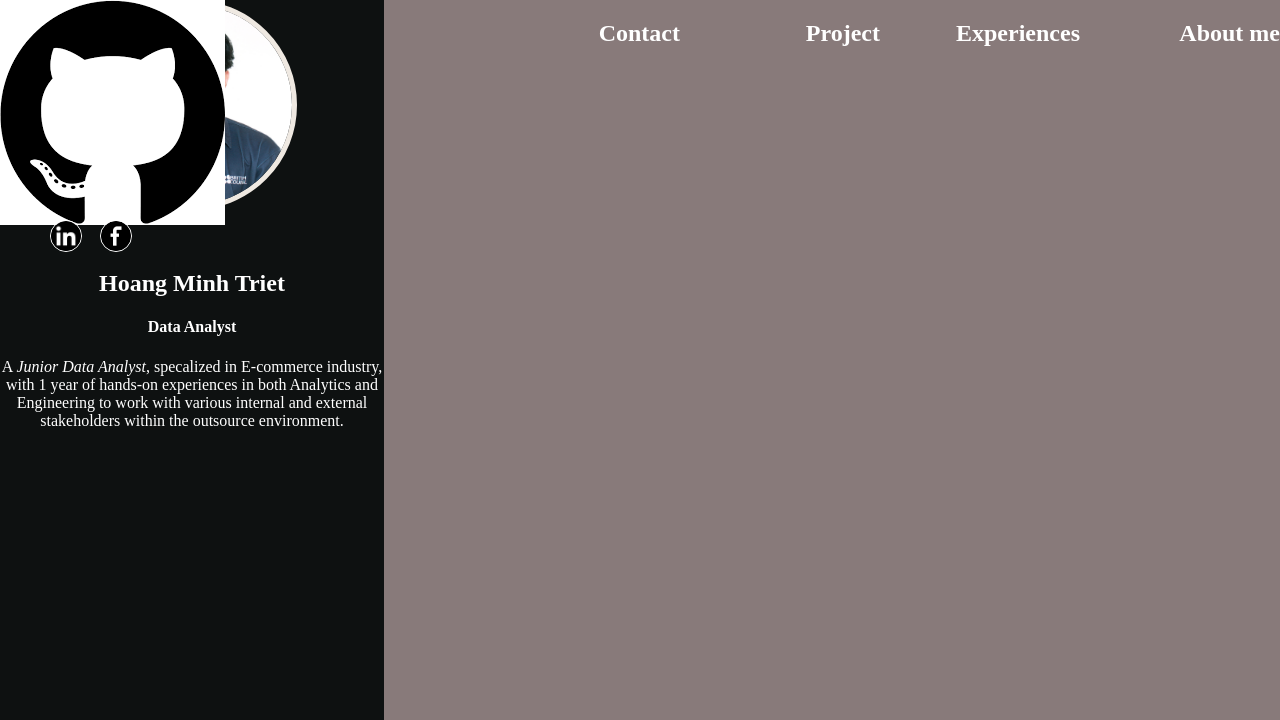
Repository: MinnTrit/personal_website
Page: http://localhost/
An editor plug-in stored every save of this project. The page is shown before and after the next save, followed by the edit.
The browser window is 1280 px wide. The pictures show the whole page.
The page is served by the project's application, run on Flask 3 (app.py).

Above is the page before, as saved 2025-01-28 23:39:04.

### templates/index.html
<!DOCTYPE html>
<html lang="en">
<head>
    <meta charset="UTF-8">
    <meta name="viewport" content="width=device-width, initial-scale=1.0">
    <link rel="stylesheet" href="{{ url_for('static', filename='css/styles.css') }}">
    <title>Data Engineer - Hoang Minh Triet</title>
</head>
<body>
    <div class="sections">
        <section class="aboutMe">
            <h2>About me</h2>
        </section>
        <section class="experiences">
            <h2>Experiences</h2>
        </section>
        <section class="projects">
            <h2>Project</h2>
        </section>
        <section class="contact">
            <h2>Contact</h2>
        </section>
    </div>
    <div class="picture">
        <img src="{{ url_for('static', filename='imgs/personal_image.jpg') }}" alt="personalImage">
        <div class="pictureText">
            <h2>Hoang Minh Triet</h2>
            <h4>Data Analyst</h4>
            <p>A <em>Junior Data Analyst</em>, specalized in E-commerce industry, with 1 year of hands-on experiences in both Analytics and Engineering to work with various internal and external stakeholders within the outsource environment.</p>
        </div>
    </div>
    <div class="information">
        <a href="https://www.facebook.com/minhtriet05042003/" target="_blank">
            <img class="facebook" src="{{ url_for('static', filename='imgs/facebook.jpg') }}" alt="facebook">
        </a>
        <a href="https://www.linkedin.com/in/minchit0504/" target="_blank">
            <img class="linkedin" src="{{ url_for('static', filename='imgs/linkedin-logo.png') }}" alt="linkedin">
        </a>
        <a href="https://www.linkedin.com/in/minchit0504/" target="_blank">
            <img class="github" src="{{ url_for('static', filename='imgs/github.png') }}" alt="github">
        </a>
    </div>
</body>
</html>

### app.py
from flask import Flask, request, render_template
app = Flask(__name__)
app.debug=True
#Initialize common variables
@app.route('/', methods=['GET', 'POST'])
def index():
    if request.method == 'GET':
        return render_template('index.html')

if __name__ == '__main__':
    app.run(host='0.0.0.0', port=5002, debug=True)

### static/css/styles.css
html, body {
    height: 100%;
    margin: 0;
    color: white;
}

.picture {
    background-color:#0e1111;
    width: 30%;
    height: 100%;
}

.picture img {
    display: block;
    width: 200px;
    height: 200px;
    margin-left: auto;
    margin-right: auto;
    border-radius: 50%;
    border: 5px solid;
    border-color:#efe9e2;
}

.picture .pictureText {
    margin-top: 60px;
    text-align: center;
}

.sections {
    position: absolute;
    top: 0;
    right: 0;
    background-color:#887a7a;
    width: 70%;
    height: 100%;
}

.aboutMe {
    position: absolute;
    right: 0px;
}

.experiences {
    position: absolute;
    right: 200px;
}

.projects {
    position: absolute;
    right: 400px;
}

.contact {
    position: absolute;
    right: 600px;
}

/* Locate the div information*/
.information {
    position: absolute;
    top: 0px;
}

.information .facebook {
    position: absolute;
    border-radius: 60%;
    width: 30px;
    height: 30px;
    top: 220px;
    left: 100px;
    border: 1px solid;
    border-color: white;
}

.information .linkedin {
    position: absolute;
    border-radius: 60%;
    width: 30px;
    height: 30px;
    top: 220px;
    left: 50px;
    border: 1px solid;
    border-color: white;
}

After the next save:
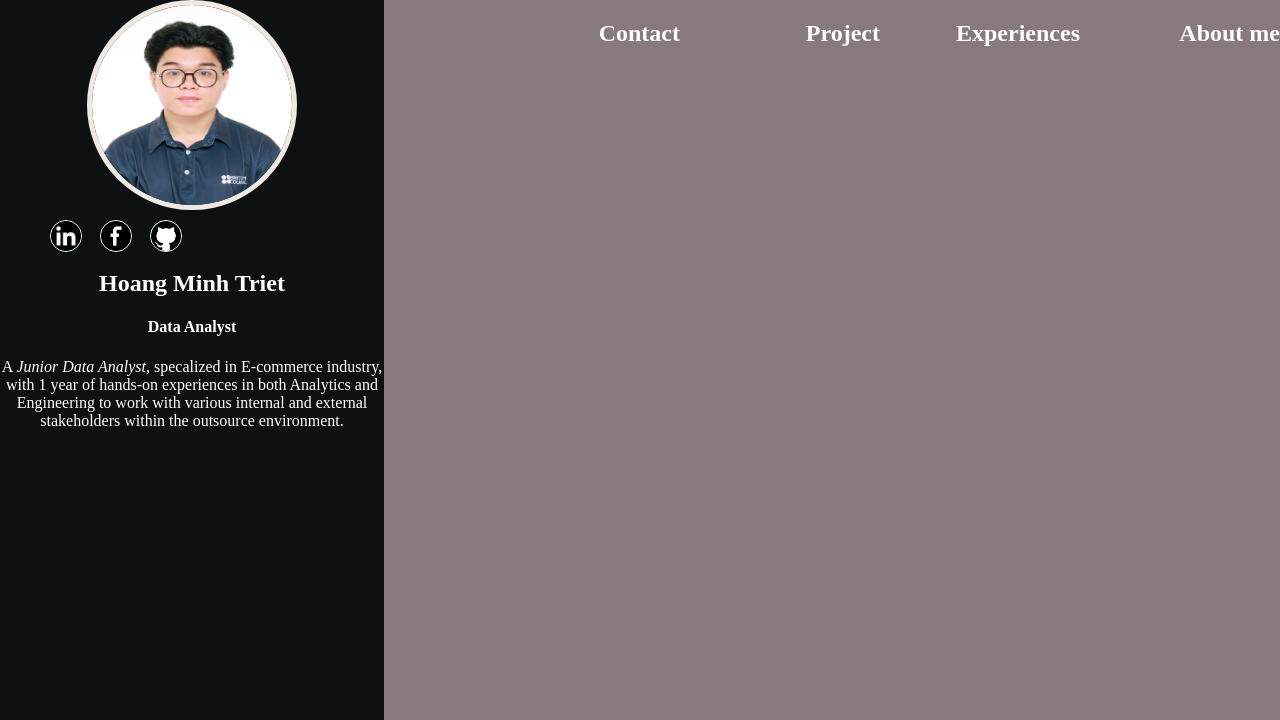
Saved 21 s later.
--- a/static/css/styles.css
+++ b/static/css/styles.css
@@ -82,3 +82,14 @@ html, body {
     border: 1px solid;
     border-color: white;
 }
+
+.information .github {
+    position: absolute;
+    border-radius: 60%;
+    width: 30px;
+    height: 30px;
+    top: 220px;
+    left: 150px;
+    border: 1px solid;
+    border-color: white;
+}
